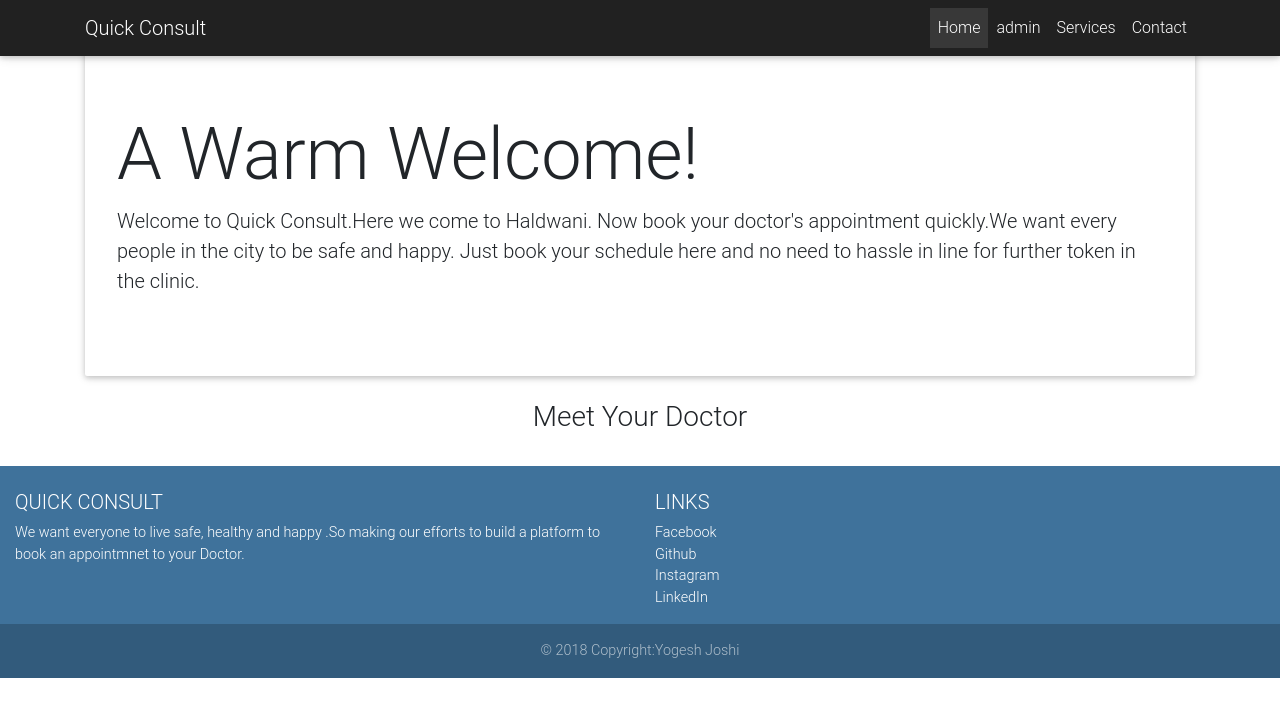
Repository: yogz-joshi/quick_consult
Page: http://localhost/
The author's editor kept a record of every edit. The page is drawn from the files as they stood at one moment, then again after the next edit.
The browser window is 1280 px wide. The pictures show the whole page.
Some web libraries are served in a nearby version. The page is served by the project's Node server (work/v2/app.js). Other server files are loaded and not shown. Queries for data that is not in the repository find no rows.

Above is the page before.

### work/v2/views/home.ejs
<% include partials/header%>
<div class="container">
    <header class="jumbotron my-4">
        <h1 class="display-3">A Warm Welcome!</h1>
        <p class="lead">Welcome to Quick Consult.Here we come to Haldwani. Now book your doctor's appointment quickly.We want every
        people in the city to be safe and happy. Just book your schedule here and no need to hassle in line for further token in the clinic.</p>
      <!--<div style="margin:0 0 auto" <a href="#" class="btn btn-primary btn-lg">Know more</a></div>-->
    </header>

    <div class="container">
    <div class="row text-center">
        <div class="col-lg-12">
           <h3>Meet Your Doctor</h3>
       </div>

     <%clinic.forEach(function(clinics){%>

        <div class="col-md-4 col-sm-6 mb-4">
              <div class="card" >
                <img class="card-img-top" style="height:10rem" src="https://www.onlinelogomaker.com/blog/wp-content/uploads/2017/07/medical-logo.jpg" alt="">
                    <div class="card-body">
                      <h4 class="card-title"><%=clinics.name%></h4>
                      <p class="card-text"><%=clinics.speciality%></p>
                      <p class="card-text">Opening/Closing Time</p>
                      <p class="card-text"><%=clinics.otime%>AM-<%=clinics.ctime%>PM</p>
                    </div>
                        <div class="card-footer">
                          <a class="btn btn-primary" href="/clinic/<%=clinics._id%>/new">Book Appointment</a>
                        </div>
                </div>
        </div>
        <% })%>
    </div>

</div>
</div>
<% include partials/footer%>

### work/v2/views/partials/header.ejs
<!DOCTYPE>
<html>
    <head>
        <title>
            Quick Consult
        </title>
               <link href="https://maxcdn.bootstrapcdn.com/bootstrap/4.0.0/css/bootstrap.min.css" rel="stylesheet">
                <!-- Font Awesome -->
                <link rel="stylesheet" href="https://maxcdn.bootstrapcdn.com/font-awesome/4.7.0/css/font-awesome.min.css">
                  <!-- Bootstrap core CSS -->
                <link href="https://cdnjs.cloudflare.com/ajax/libs/twitter-bootstrap/4.0.0/css/bootstrap.min.css" rel="stylesheet">
                <!-- Material Design Bootstrap -->
                <link href="https://cdnjs.cloudflare.com/ajax/libs/mdbootstrap/4.5.0/css/mdb.min.css" rel="stylesheet">
                <meta name="viewport" content="width=device-width, initial-scale=1, maximum-scale=1, user-scalable=no">
                <meta http-equiv="x-ua-compatible" content="ie=edge">

    </head>
    <body>


     Navigation
    <nav class="navbar  navbar-expand-sm navbar-dark bg-dark fixed-top">
      <div class="container">
        <a class="navbar-brand" href="/">Quick Consult</a>
        <button class="navbar-toggler" type="button" data-toggle="collapse" data-target="#navbarResponsive" aria-controls="navbarResponsive" aria-expanded="false" aria-label="Toggle navigation">
          <span class="navbar-toggler-icon"></span>
        </button>
        <div class="collapse navbar-collapse" id="navbarResponsive">
          <ul class="navbar-nav ml-auto">
            <li class="nav-item active">
              <a [routerLink]="['/']" class="nav-link" href="/">Home
                <span class="sr-only">(current)</span>
              </a>
            </li>
            <li class="nav-item">
              <a [routerLink]="['/clinic']" class="nav-link" href="/clinic">admin</a>
            </li>
            <li class="nav-item">
              <a [routerLink]="['#']" class="nav-link" href="#">Services</a>
            </li>
            <li class="nav-item">
              <a [routerLink]="['#']"class="nav-link" href="#">Contact</a>
            </li>
          </ul>
        </div>
      </div>
    </nav>

### work/v2/views/partials/footer.ejs

<!--Footer-->
<footer class="page-footer font-small unique-color pt-4 mt-4">

    <!--Footer Links-->
    <div class="container-fluid text-center text-md-left">
        <div class="row">

            <!--First column-->
            <div class="col-md-6">
                <h5 class="text-uppercase">QUICK CONSULT</h5>
                <p>We want everyone to live safe, healthy and happy .So making our efforts to build a platform to  book an appointmnet to your Doctor.</p>
            </div>
            <!--/.First column-->

            <!--Second column-->
            <div class="col-md-6">
                <h5 class="text-uppercase">Links</h5>
                <ul class="list-unstyled">
                    <li>
                        <a href="https://www.facebook.com/yogeshjoshi">Facebook</a>
                    </li>
                    <li>
                        <a href="#!">Github</a>
                    </li>
                    <li>
                        <a href="#!">Instagram</a>
                    </li>
                    <li>
                        <a href="#!">LinkedIn</a>
                    </li>
                </ul>
            </div>
            <!--/.Second column-->
        </div>
    </div>
    <!--/.Footer Links-->

    <!--Copyright-->
    <div class="footer-copyright py-3 text-center">
        © 2018 Copyright:Yogesh Joshi

    </div>
    <!--/.Copyright-->

</footer>
<!--/.Footer-->

### work/v2/app.js
var express=require("express");
var app= express();
var mongoose=require("mongoose");
var methodOverride=require("method-override");
var bodyParser=require("body-parser");
var passport=require("passport");
var users=require("./models/usersM");
var clinic=require("./models/clinicM");
var admin=require("./models/adminM");
var localStrategy=require("passport-local");
var passpoprtLocalMongoose=require("passport-local-mongoose");
mongoose.connect("mongodb://localhost/all_clinics");

//var seedDB=require("./seed");
//seedDB();
app.use(require("express-session")({
    secret:"kitty is the best dog",
    resave:false,
    saveUninitialized:false
}));


app.use(bodyParser.urlencoded({extended:true}));
app.use(methodOverride("_method"));
app.use(passport.initialize());
app.use(passport.session());

passport.use(new localStrategy(admin.authenticate()));
passport.serializeUser(admin.serializeUser());
passport.deserializeUser(admin.deserializeUser());



app.set("view engine","ejs");
app.use(express.static("public"));//to use custom style sheets from public folder.
app.use(bodyParser.urlencoded({entended:true}));

// *************************************************************************************************************8
//adding clinics using form(Only Render for admin login)
app.get("/clinic",isLoggedIn,function(req,res){
    clinic.find({},function(err,allClinic){
        if(err){
            console.log(err);
        }
        else
        {
            res.render("clinic",{clinic:allClinic});
        }

    });
});

app.post("/clinic",function(req,res){
    var name= req.body.cname;
    var sp=req.body.special;
    var open=req.body.openAt;
    var close=req.body.closeAt;
     var lhrs=req.body.lunchHrs;
      var lstarts=req.body.lunchAt;
       var lovers=req.body.lunchOverAt;
       var closed=0;
    var newClinic={name:name,speciality:sp,otime:open,ctime:close,lunch_hrs:lhrs,lunch_at:lstarts,lunch_over:lovers,date_close:closed};
    clinic.create(newClinic,function(err,clinics)
    {
        if(err){
            console.log(err);

        }else
        {   req.flash("info", "Flash is back!");
            res.redirect("/clinic/new");
        }
    });
});
app.get("/clinic/new",isLoggedIn,function(req, res) {
    res.render("form1");

});
// **********************************************************************************************
// Home Page viewed to the User

app.get("/",function(req,res){
    clinic.find({},function(err,allClinic){
        if(err){
            console.log(err);
        }
        else
        {
            res.render("home",{clinic:allClinic});
        }

    });
});
// ******************************************************************************************
// deleting clinic
app.delete("/clinic/:id",function(req,res){
    clinic.findByIdAndRemove(req.params.id,function(err){
        if(err)
        {
            console.log(err);

        }else
        {
            res.redirect("/clinic");
        }
    });
});



//  ******************************************************************************************************
//  making appointmnet


 app.post("/clinic/:id",function(req,res){
     clinic.findById(req.params.id,function(err,allclinics){
         if(err){
             res.redirect("clinic");
         }else{
             console.log(req.body.users.date);
             console.log(allclinics.date_close);
             var a=Date.parse(req.body.users.date);
             var b=Date.parse(allclinics.date_close);
             if(a === b){
                //  req.flash("err","The Clinic is Closed today.Plaese book tommorow!!");
                  res.redirect("/clinic/"+req.params.id+"/new");

             }else{

                    users.create(req.body.users,function(err,allusers){
                    if(err){
                     console.log("err");
                    }else{
                     allclinics.users.push(allusers);
                     allclinics.save();
                    //req.flash("success","Appointment Sucessful.SMS is sent toyour mobile number");
                     res.redirect("/");
                 }

             });

             }
         }
     });
 });

 app.get("/clinic/:id/new",function(req,res){
    clinic.findById(req.params.id,function (err,allClinic) {
        if(err){
            console.log(err);
        }else{
            res.render("form2",{clinics:allClinic});
        }

    });


});
// ************************************ ************************************* *************************************
app.post("/clinic/:id/record",function(req,res){
    clinic.findById(req.params.id).populate({path:'users',match :{$and: [{date : req.body.search},{time : req.body.timesearch}]}, options:{ sort:{time :1}} }).exec(function(err,allclinic){
        if(err){
            console.log(err);
        }else{
           // console.log(allclinic);
            res.render("user_record",{clinic:allclinic});
        }
    });
});
// ****************************************************************************************************************
//View user record and update clinic close date..(Only for Admin Account)


app.get("/clinic/:id/record",function(req,res){
    clinic.findById(req.params.id).populate({path:'users',options:{ sort:{date : 1}}}).exec(function(err,allclinic){
        if(err){
            console.log(err);
        }else{
           // console.log(allclinic);
            res.render("user_record",{clinic:allclinic});
        }
    });
});
app.get("/clinic/:id/update",isLoggedIn,function(req,res){
     clinic.findById(req.params.id,function (err,allClinic) {
        if(err){
            console.log(err);
        }else{
            res.render("UpdateDate",{clinics:allClinic});
        }

    });
});
// to update the closed clinic date
app.put("/clinic/:id/update",function(req,res){


    clinic.findByIdAndUpdate(req.params.id,req.body.clinic,function(err,allclinic){
        if(err){
            console.log(err);
        }else{
            res.redirect("/clinic");
        }
    });
});
// ********************************************************************************************
// REGISTER ADMIN ROUTE
// app.get("/register",function(req,res){
//     res.render("signin");
// });

// app.post("/register",function(req,res){
//     admin.register(new admin({username:req.body.username}),req.body.password,function(err,admin){
//         if(err){
//             console.log(err);
//             return res.render('signin');
//         }
//         else{
//             passport.authenticate("local")(req,res,function(){
//                 res.redirect("/clinic");
//             });
//         }
//     });
// });
// ************************************************************************************************
// LOGIN ROUTES
app.get("/login",function(req,res){
    res.render("login");
});
//middleware
app.post("/login",passport.authenticate("local",{
    successRedirect:"/clinic",
    failureRedirect:"/login"
}),function(req,res){

});
// LOGOUT ROUTE
app.get("/logout",function(req,res){
    req.logout();
    res.redirect("/login");
});
// Middleware for checking the active session/authentication
function isLoggedIn(req,res,next){
    if(req.isAuthenticated()){
        return next();
    }
    res.redirect("/login");
}
// **************************************************************************************************

// Running the Server
app.listen(process.env.PORT,process.env.IP,function(){
    console.log("Server Started");
});

After the next edit:
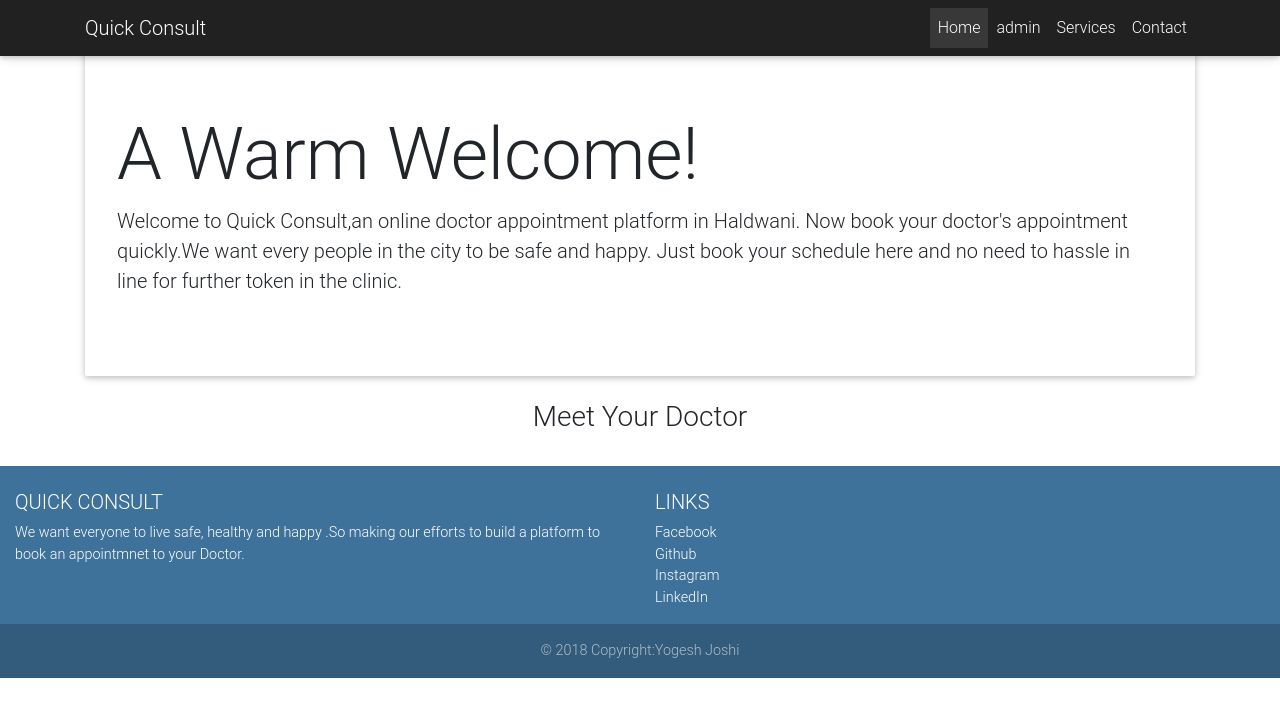
The edit:
--- a/work/v2/views/home.ejs
+++ b/work/v2/views/home.ejs
@@ -2,7 +2,7 @@
 <div class="container">
     <header class="jumbotron my-4">
         <h1 class="display-3">A Warm Welcome!</h1>
-        <p class="lead">Welcome to Quick Consult.Here we come to Haldwani. Now book your doctor's appointment quickly.We want every
+        <p class="lead">Welcome to Quick Consult,an online doctor appointment platform in Haldwani.  Now book your doctor's appointment quickly.We want every
         people in the city to be safe and happy. Just book your schedule here and no need to hassle in line for further token in the clinic.</p>
       <!--<div style="margin:0 0 auto" <a href="#" class="btn btn-primary btn-lg">Know more</a></div>-->
     </header>
